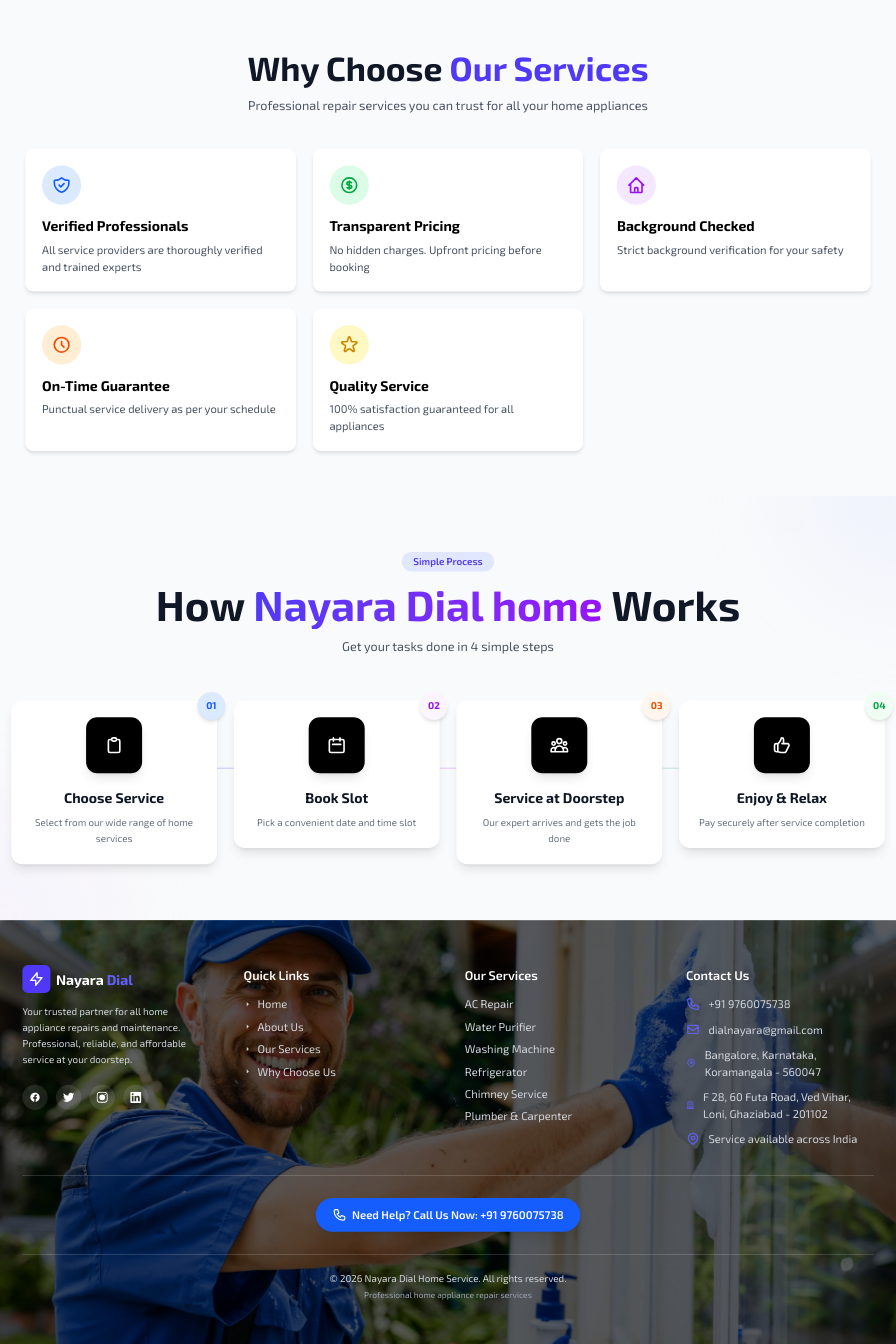
Repository: deepak445566/repai
Page: / (app in repair/)
The author's editor kept a copy of each file at every save. The page is drawn from the files as they stood at one save, then again after the next save.
The browser window is 1280 px wide. The pictures show the part of the page from y = 2142 to 4062 px (the page is 4062 px tall), at 70% of full size.
The project was rebuilt for these pictures with package versions that can differ from the ones it lists, and the page was loaded fresh each time. The framework's server and built-in components were replaced by stand-ins that run in the browser. Also part of the build but not shown: repair/next.config.mjs.

Above is the page before, as saved 2026-04-16 09:07:00.

After the next save:
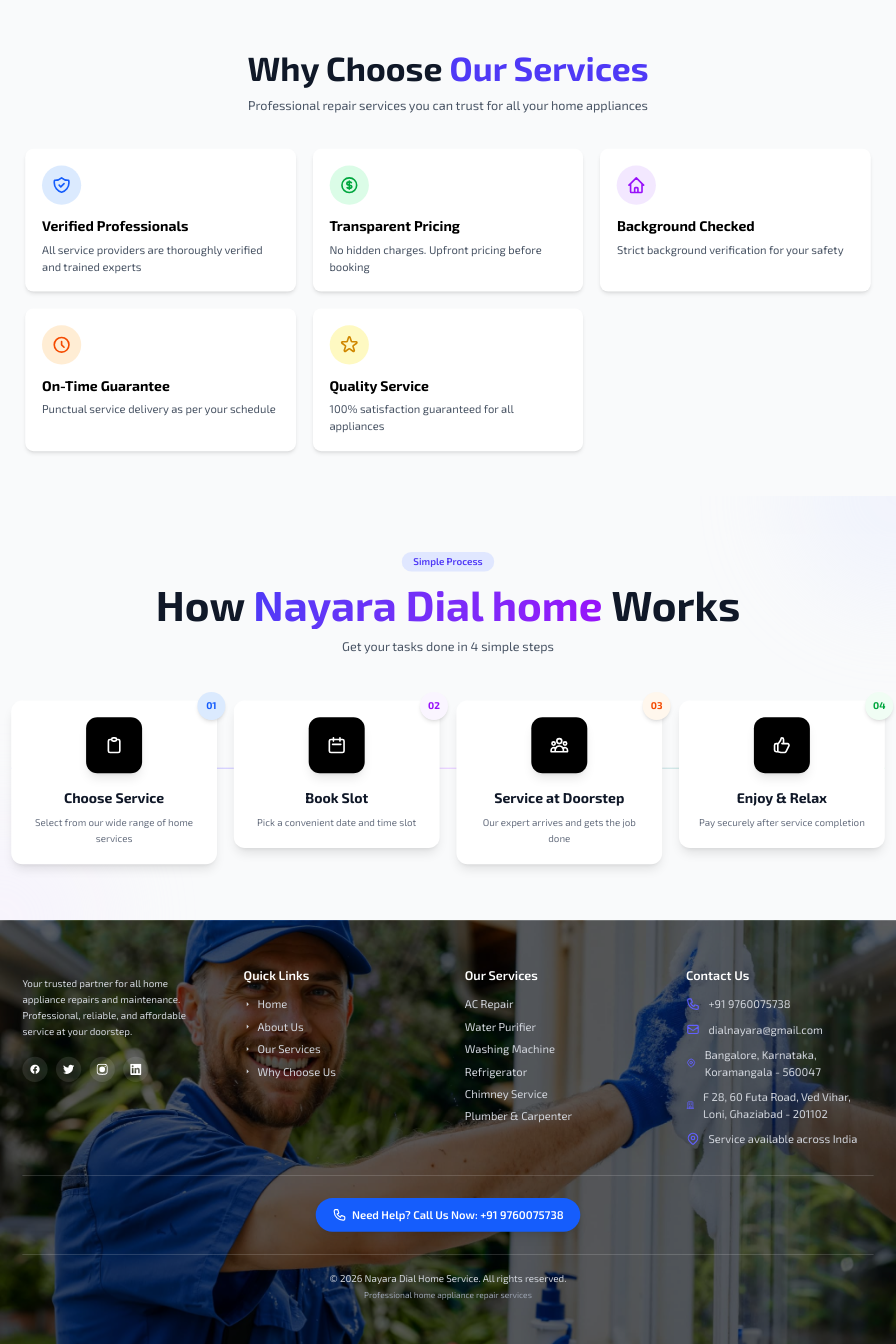
Saved 36 s later.
--- a/repair/src/components/Footer.jsx
+++ b/repair/src/components/Footer.jsx
@@ -45,14 +45,7 @@
             {/* Column 1 - Company Info */}
             <div className="space-y-4">
               <div className="flex items-center space-x-2">
-                <div className="w-10 h-10 bg-indigo-600 rounded-lg flex items-center justify-center">
-                  <svg className="w-6 h-6 text-white" fill="none" stroke="currentColor" viewBox="0 0 24 24">
-                    <path strokeLinecap="round" strokeLinejoin="round" strokeWidth={2} d="M13 10V3L4 14h7v7l9-11h-7z" />
-                  </svg>
-                </div>
-                <span className="text-xl font-bold">
-                  Nayara <span className="text-indigo-500">Dial</span>
-                </span>
+
               </div>
               <p className="text-gray-300 text-sm leading-relaxed">
                 Your trusted partner for all home appliance repairs and maintenance. Professional, reliable, and affordable service at your doorstep.
